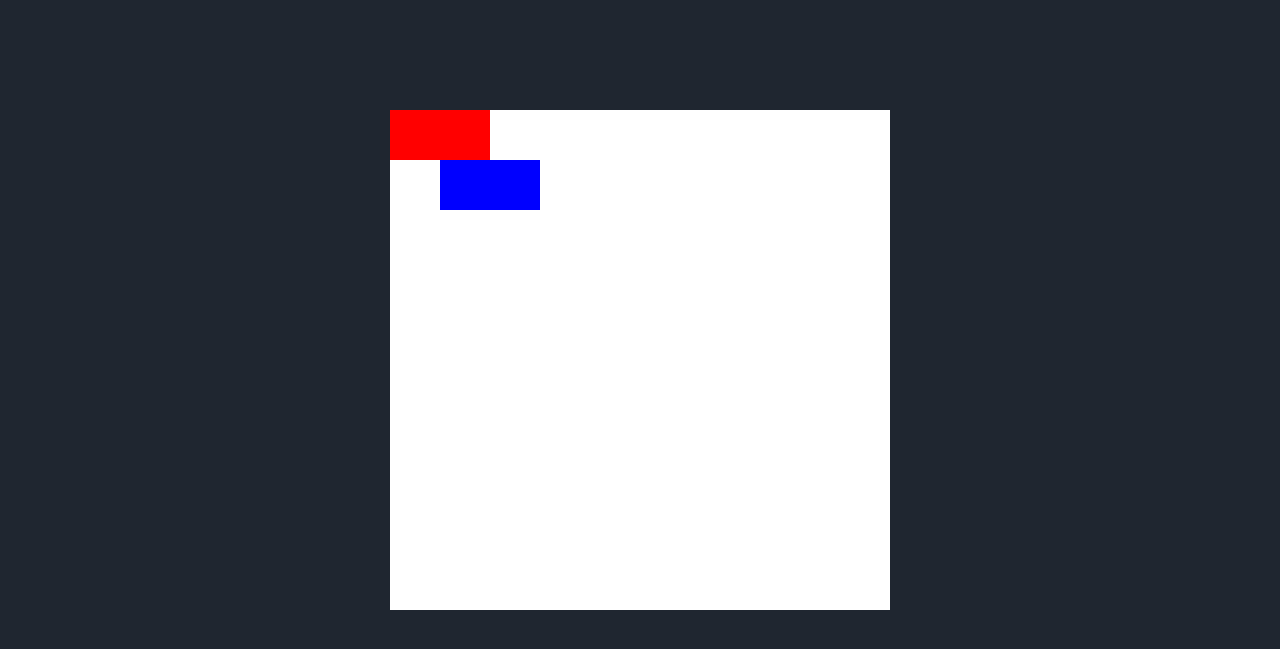
Repository: thecodeholic/cst-javascript-course
Page: /
These files come from the project's save history. The page is drawn as it stood at one moment and after the next save; the edit follows.
The browser window is 1280 px wide. The pictures show the whole page.
The project was rebuilt for these pictures with package versions that can differ from the ones it lists, and the page was loaded fresh each time.

Above is the page before, as saved 2020-11-25 10:35:10.

### index.html
<!doctype html>
<html lang="en">
  <head>
    <!-- Required meta tags -->
    <meta charset="utf-8">
    <meta name="viewport" content="width=device-width, initial-scale=1, shrink-to-fit=no">

    <!-- Bootstrap CSS -->
    <link rel="stylesheet" href="https://stackpath.bootstrapcdn.com/bootstrap/4.5.2/css/bootstrap.min.css" integrity="sha384-JcKb8q3iqJ61gNV9KGb8thSsNjpSL0n8PARn9HuZOnIxN0hoP+VmmDGMN5t9UJ0Z" crossorigin="anonymous">

    <title>Javascript Course</title>

    <link rel="stylesheet" href="app.css">
  </head>
  <body>
    <canvas id="myCanvas" width="500" height="500">Your browser does not support canvas</canvas>
    <script src="app.js"></script>
    <!-- <script src="homework.js"></script> -->
  </body>
</html>

### app.css
* {
    box-sizing: border-box;
}
html {
    height: 100%;
}

body {
    background-color: rgb(31, 38, 48);
    display: flex;
    align-items: center;
    justify-content: center;
    height: 100%;;
}

canvas {
    background-color: #FFF;

}

### app.js
// What is canvas?
// https://developer.mozilla.org/en-US/docs/Web/API/Canvas_API/Tutorial
// https://www.w3schools.com/html/html5_canvas.asp
// https://www.w3schools.com/graphics/canvas_intro.asp
// https://www.w3schools.com/graphics/canvas_reference.asp
// https://developer.mozilla.org/en-US/docs/Web/API/Canvas_API

// How to create it and use it
const canvas = document.getElementById('myCanvas');
const ctx = canvas.getContext('2d');

// Draw rectangles
// =================
// fillRect
ctx.fillStyle = 'blue';
ctx.fillRect(50, 50, 100, 50);

// ctx.translate(100, 100)
// ctx.rotate(2)
ctx.fillStyle = 'red';
ctx.fillRect(0, 0, 100, 50);

function degToRad(deg) {
    return (Math.PI/180) * deg;
}

// // strokeRect
// ctx.strokeStyle = 'green';
// ctx.lineWidth = 4;
// ctx.strokeRect(200, 50, 100, 50);

// // clearRect
// ctx.clearRect(55, 55, 90, 40);

// // fillText
// ctx.font = '36px Arial';
// ctx.fillStyle = 'purple';
// ctx.fillText("Hello World", 200, 200)

// // strokeText
// ctx.lineWidth = 1;
// ctx.strokeText("Hello World", 200, 250);

// // Paths   beginPath, moveTo, lineTo, closePath, stroke, fill
// // ==============
// ctx.beginPath();
// ctx.moveTo(200, 300);
// ctx.lineTo(300, 300);
// ctx.lineTo(300, 400);
// ctx.closePath();
// ctx.stroke();

// // Arcs
// // ====================
// ctx.beginPath();
// ctx.lineWidth = 4;
// ctx.arc(100, 300, 50, 0, 2 * Math.PI);
// ctx.stroke();

// ctx.beginPath();
// ctx.moveTo(75, 25);
// ctx.quadraticCurveTo(25, 25, 25, 62.5);
// ctx.quadraticCurveTo(25, 100, 50, 100);
// ctx.quadraticCurveTo(50, 120, 30, 125);
// ctx.quadraticCurveTo(60, 120, 65, 100);
// ctx.quadraticCurveTo(125, 100, 125, 62.5);
// ctx.quadraticCurveTo(125, 25, 75, 25);
// ctx.stroke();

// Draw image
// ====================
// const image = new Image();
// image.src = 'char.png';
// image.onload = function() {
//     canvas.width = 100;
//     canvas.height = 100;
//     ctx.drawImage(image, 0, 0);
//     const data = ctx.getImageData(130, 130, 30, 30);
//     console.log(data);
//     ctx.putImageData(data, 200, 200);
// }

// Write text
// ====================

// Ball animation
// const ball = {
//     x: 100,
//     y: 100,
//     r: 20,
//     dx: 0,
//     dy: 0
// };


// function clear(){
//     ctx.clearRect(0, 0, canvas.width, canvas.height)
// }

// function drawBall() {
//     clear();
//     ctx.beginPath();

//     if (ball.x + ball.r >= canvas.width || ball.x - ball.r <= 0) {
//         ball.dx *= -1;
//     }
//     if (ball.y + ball.r >= canvas.height || ball.y - ball.r <= 0) {
//         ball.dy *= -1;
//     }

//     ctx.arc(ball.x, ball.y, ball.r, 0, 2 * Math.PI);
//     ctx.fillStyle = 'green'
//     ctx.fill();

//     ball.x += ball.dx;
//     ball.y += ball.dy;
// }

// function update() {
//     drawBall();

//     requestAnimationFrame(update);
// }

// document.addEventListener('keydown', function(ev) {
//     console.log(ev);
//     if (ev.key === 'ArrowRight') {
//         ball.dx = 3;
//     } else if (ev.key === 'ArrowLeft') {
//         ball.dx = -3;
//     } else if (ev.key === 'ArrowUp') {
//         ball.dy = -3;
//     } else if (ev.key === 'ArrowDown') {
//         ball.dy = 3;
//     }

// });

// document.addEventListener('keyup', function() {
//     ball.dx = 0;
//     ball.dy = 0;
// })

// update();

Loaded but not shown: src/index.js (no copy from this time; the picture is the same without it)

After the next save:
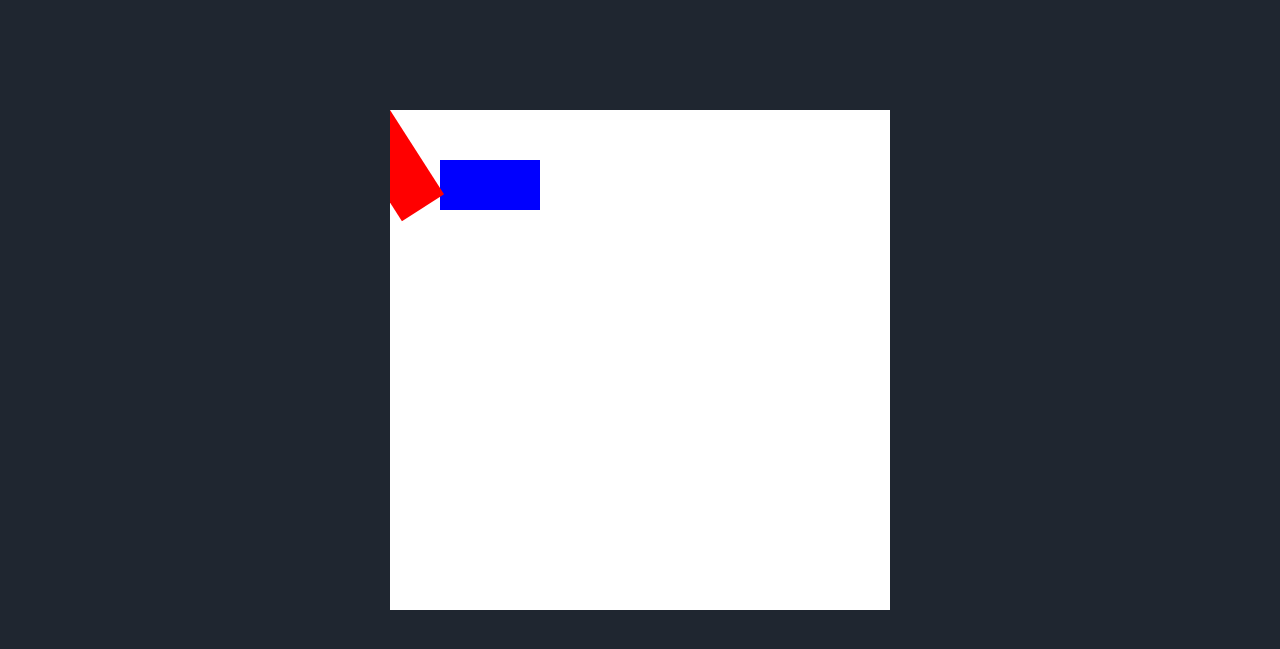
Saved 7 s later.
--- a/app.js
+++ b/app.js
@@ -16,7 +16,7 @@
 ctx.fillRect(50, 50, 100, 50);
 
 // ctx.translate(100, 100)
-// ctx.rotate(2)
+ctx.rotate(1)
 ctx.fillStyle = 'red';
 ctx.fillRect(0, 0, 100, 50);
 

After the save that followed:
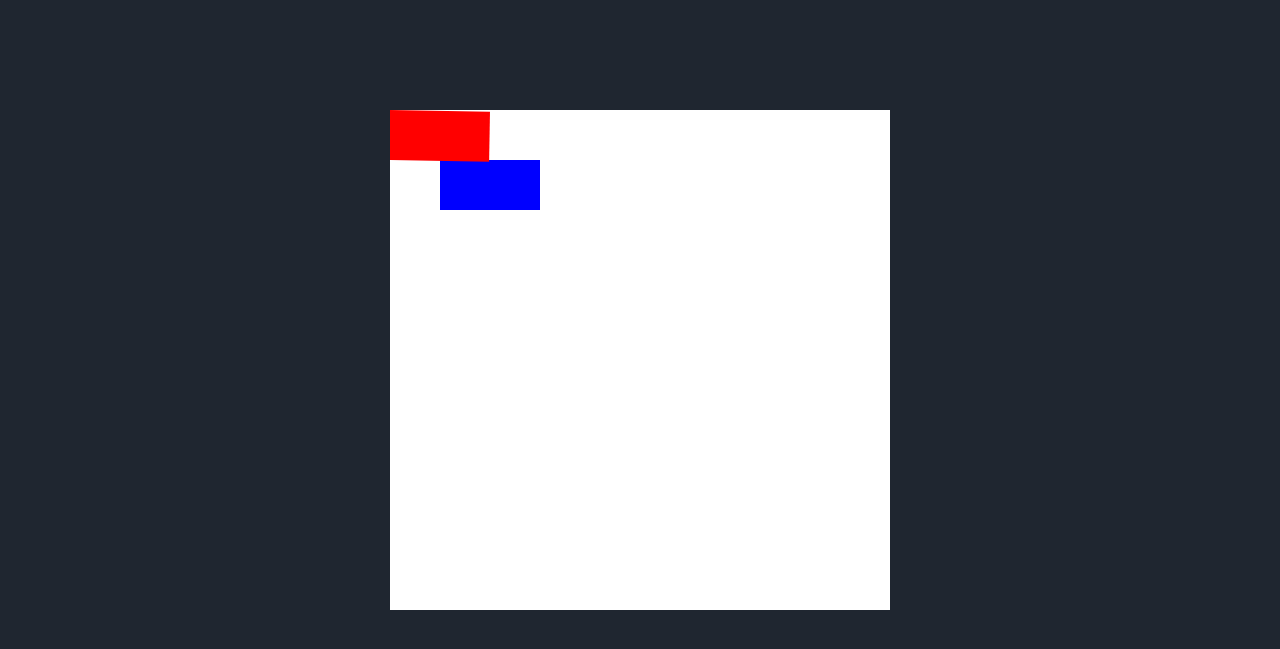
Saved 2 min 7 s later.
--- a/app.js
+++ b/app.js
@@ -16,7 +16,7 @@
 ctx.fillRect(50, 50, 100, 50);
 
 // ctx.translate(100, 100)
-ctx.rotate(1)
+ctx.rotate(degToRad(1))
 ctx.fillStyle = 'red';
 ctx.fillRect(0, 0, 100, 50);
 
